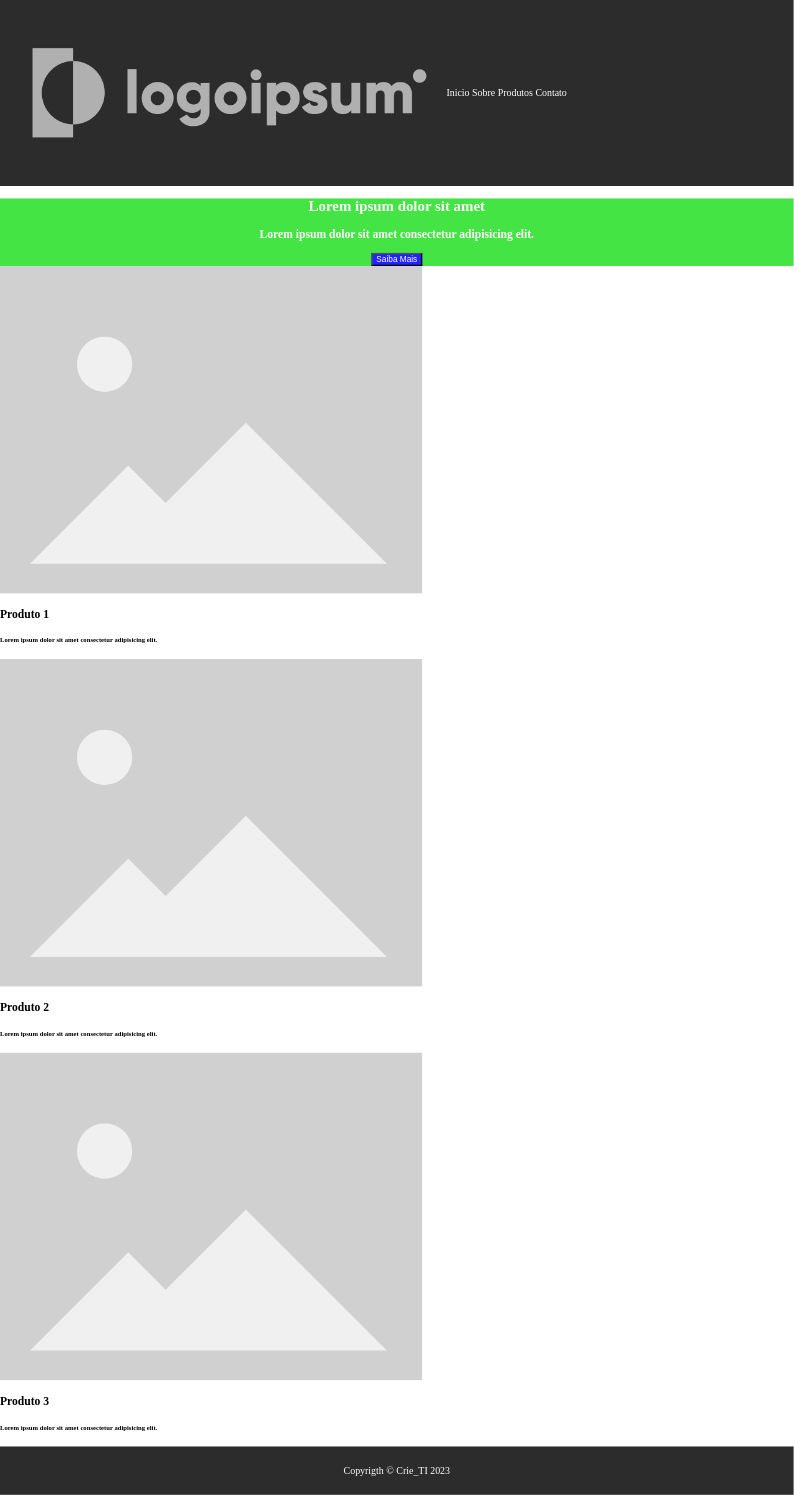
Repository: robsonwssantos/Projeto_Olaria
Page: Exercicios/ex.01/index.html
The author's editor kept a copy of each file at every save. The page is drawn from the files as they stood at one save, then again after the next save.
The browser window is 1280 px wide. The pictures show the whole page, at 62% of full size.

Above is the page before, as saved 2023-04-21 10:21:33.

After the next save:
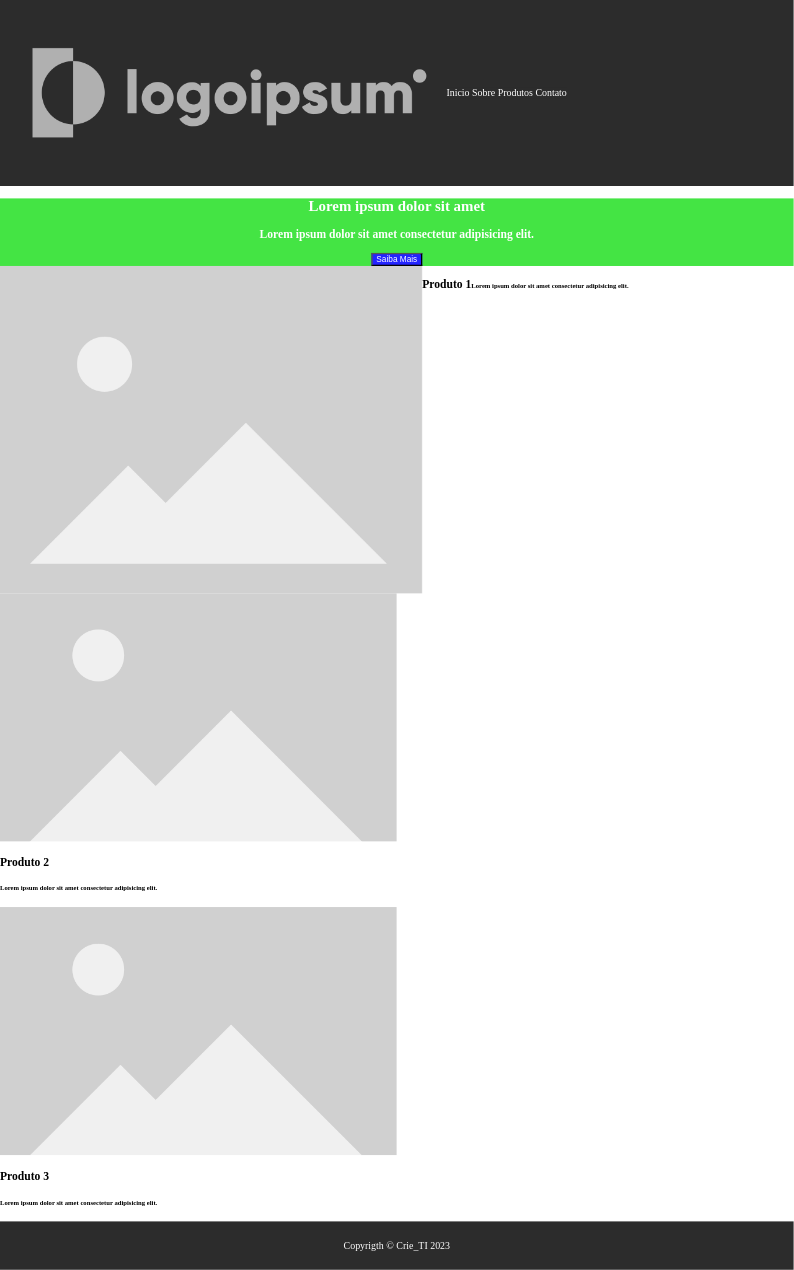
Saved 50 s later.
--- a/Exercicios/ex.01/index.html
+++ b/Exercicios/ex.01/index.html
@@ -41,6 +41,24 @@
             position: fixed;
             top: 0; */
         }
+
+        .row {
+        display: flex;
+        }
+
+        .colum {
+        width: 50%;
+        }
+
+        .colum img {
+        width: 100%;
+        height: 400px;
+        object-fit: cover;
+        }
+
+
+
+
         footer {
             text-align: center;
             padding-top: 30px;
